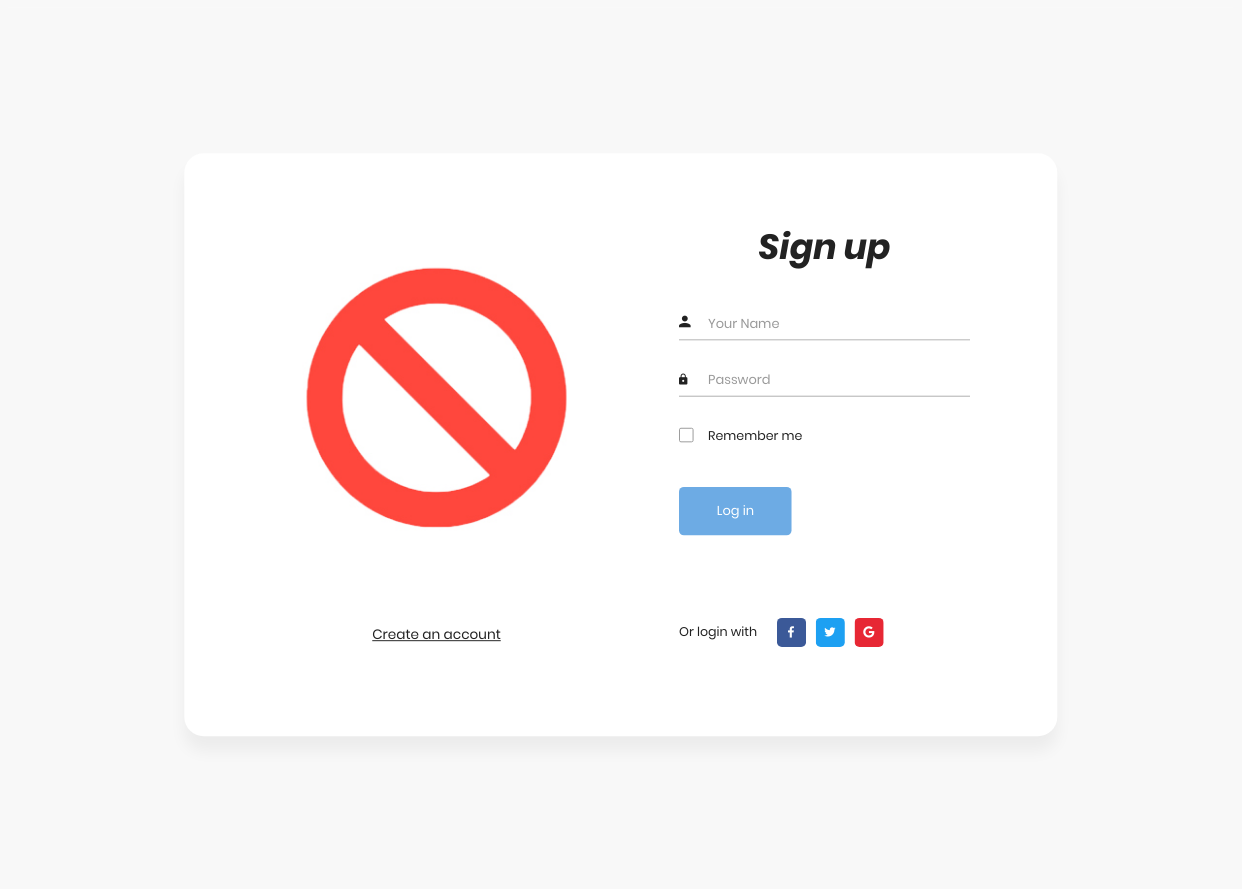
Repository: farhan-helmy/web_prog_project_dulu2
Page: login.html
These files come from the project's save history. The page is drawn as it stood at one moment and after the next save; the edit follows.
The browser window is 1280 px wide. The pictures show the whole page, at 97% of full size.

Above is the page before, as saved 2020-05-11 23:02:42.

After the next save:
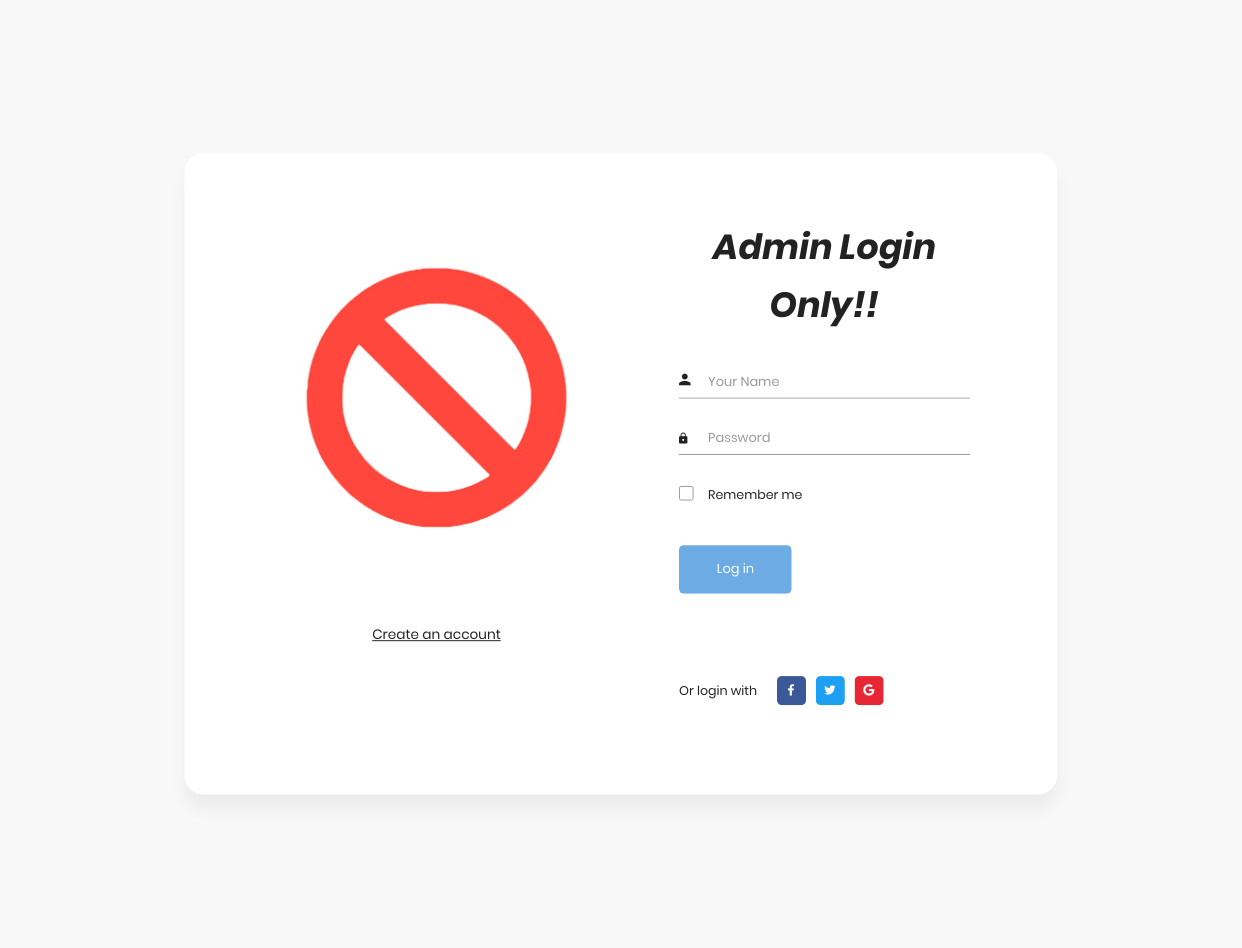
Saved 3 min 43 s later.
--- a/login.html
+++ b/login.html
@@ -27,7 +27,7 @@
                     </div>
 
                     <div class="signin-form">
-                        <h2 class="form-title">Sign up</h2>
+                        <h2 class="form-title">Admin Login Only!!</h2>
                         <form method="POST" class="register-form" id="login-form">
                             <div class="form-group">
                                 <label for="your_name"><i class="zmdi zmdi-account material-icons-name"></i></label>
